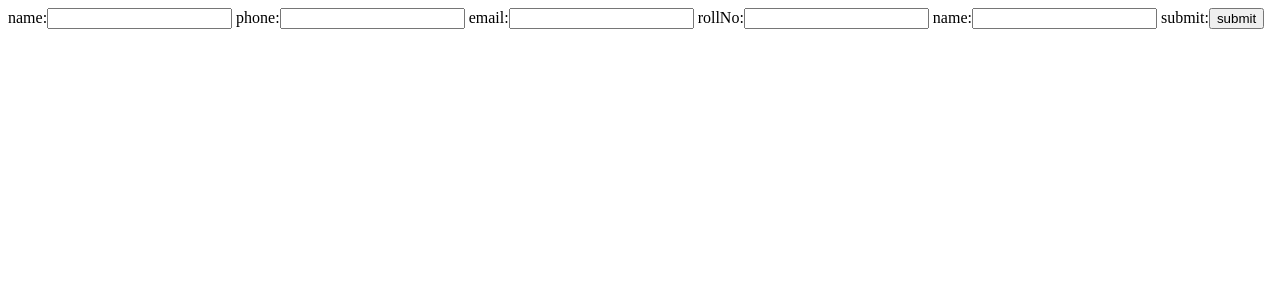
Repository: gulshankumar013/Student-Management-System
Page: http://localhost/studentManagementSysytem/form.jsp
These files come from the project's save history. The page is drawn as it stood at one moment and after the next save; the edit follows.
The browser window is 1280 px wide. The pictures show the whole page.
The page is served by Tomcat 10. Other server files are loaded and not shown.

Above is the page before, as saved 2024-03-07 03:48:00.

### studentManagementSysytem/src/main/webapp/form.jsp
<%@ page language="java" contentType="text/html; charset=UTF-8"
    pageEncoding="UTF-8"%>
<!DOCTYPE html>
<html>
<head>
<meta charset="UTF-8">
<title>Insert title here</title>
</head>
<body>

<form action="save" method="post">
name:<input type="text" name = "name">
phone:<input number="text" name = "phone">
email:<input type="email" name = "email">
rollNo:<input type="number" name = "roll>
address:<input type="text" name = "address">
name:<input type="password" name = "password">
submit:<input type = "submit" value= "submit">
</form>


</body>
</html>

After the next save:
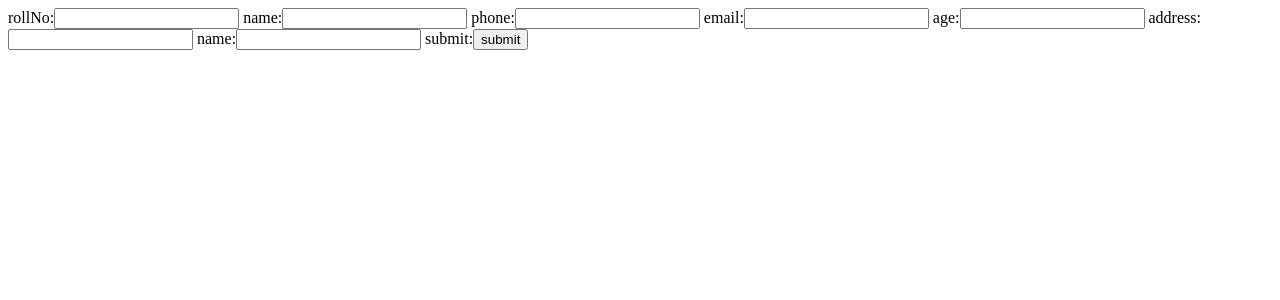
Saved 2 min 20 s later.
--- a/studentManagementSysytem/src/main/webapp/form.jsp
+++ b/studentManagementSysytem/src/main/webapp/form.jsp
@@ -9,13 +9,15 @@
 <body>
 
 <form action="save" method="post">
-name:<input type="text" name = "name">
-phone:<input number="text" name = "phone">
-email:<input type="email" name = "email">
-rollNo:<input type="number" name = "roll>
-address:<input type="text" name = "address">
-name:<input type="password" name = "password">
-submit:<input type = "submit" value= "submit">
+    rollNo:<input type="number" name = "roll">
+	name:<input type="text" name = "name">
+	phone:<input number="text" name = "phone">
+	email:<input type="email" name = "email">
+	age:<input type ="number" name = "age">
+	address:<input type="text" name = "address">
+	name:<input type="password" name = "password">
+
+	submit:<input type = "submit" value= "submit">
 </form>
 
 
